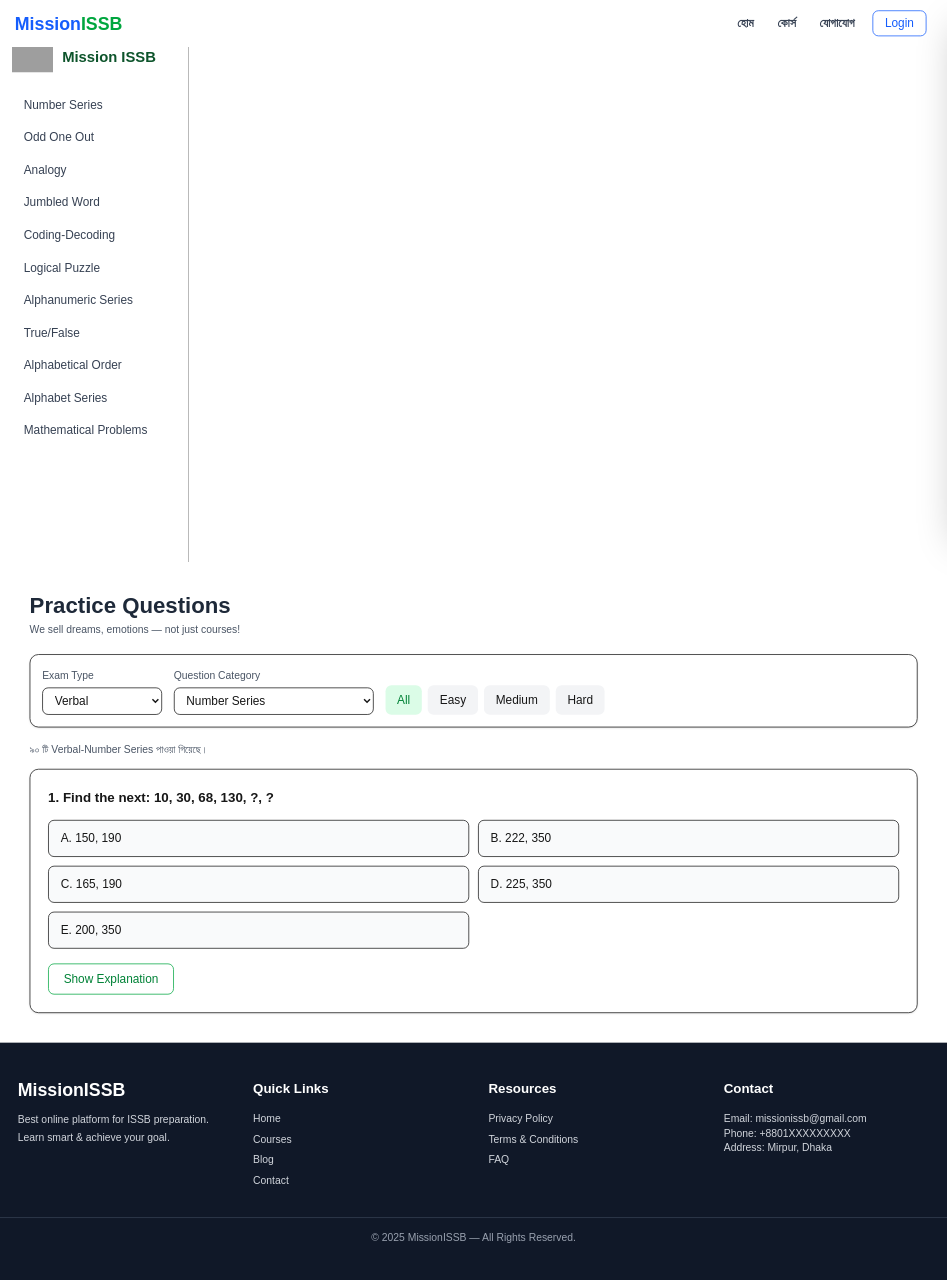
Repository: mdmuhibullahhabib/missionissb
Page: /issb/iq-practice
The author's editor kept a copy of each file at every save. The page is drawn from the files as they stood at one save, then again after the next save.
The browser window is 1280 px wide. The pictures show the whole page, at 74% of full size.
Pictures or frames that could not be fetched are drawn as grey boxes. The page's requests for data from a server got no answer. The project was rebuilt for these pictures with package versions that can differ from the ones it lists, and the page was loaded fresh each time. The framework's server and built-in components were replaced by stand-ins that run in the browser. No one was signed in, and anything a server would have sent is missing. Also part of the build but not shown: next.config.mjs.

Above is the page before, as saved 2025-12-11 23:41:12.

### app/layout.js
import { Geist, Geist_Mono } from 'next/font/google'
import './globals.css'
import Footer from '@/components/shared/Footer'
import Navbar from '@/components/shared/Navbar'
import NextAuthProvider from './providers/NextAuthProvider'
import LayoutWrapper from '@/components/LayoutWrapper'

const geistSans = Geist({
  variable: '--font-geist-sans',
  subsets: ['latin']
})

const geistMono = Geist_Mono({
  variable: '--font-geist-mono',
  subsets: ['latin']
})

export const metadata = {
  title: 'Mission ISSB',
  description: 'Generated by create next app'
}

export default function RootLayout({ children }) {
  return (
    <html lang='en' suppressHydrationWarning={true}>
      <body
        className={`${geistSans.variable} ${geistMono.variable} antialiased`}
      >
        <NextAuthProvider>

                    <LayoutWrapper>{children}</LayoutWrapper>


          {/* <Navbar />

          {children}

          <Footer /> */}
        </NextAuthProvider>
      </body>
    </html>
  )
}

### app/issb/iq-practice/page.jsx
"use client";

import React from 'react'
import AsideMenu from './components/AsideMenu';
import PracticeQuestions from './components/PracticeQuestions';

const IqPracticePage = () => {
  return (
    <div className='mt-10'>
        <AsideMenu/>
        <PracticeQuestions/>
        </div>
  )
}

export default IqPracticePage

### components/shared/Footer.jsx
"use client";
import Link from "next/link";

export default function Footer() {
  return (
    <footer className="bg-gray-900 text-gray-300 py-12">
      <div className="max-w-7xl mx-auto grid grid-cols-1 md:grid-cols-4 gap-10 px-6">

        {/* Column 1 */}
        <div>
          <h2 className="text-2xl font-bold text-white">MissionISSB</h2>
          <p className="mt-3 text-sm leading-6">
            Best online platform for ISSB preparation.
            Learn smart & achieve your goal.
          </p>
        </div>

        {/* Column 2 */}
        <div>
          <h3 className="text-lg font-semibold text-white mb-4">Quick Links</h3>
          <ul className="space-y-2 text-sm">
            <li><Link href="/" className="hover:text-white">Home</Link></li>
            <li><Link href="/courses" className="hover:text-white">Courses</Link></li>
            <li><Link href="/blog" className="hover:text-white">Blog</Link></li>
            <li><Link href="/contact" className="hover:text-white">Contact</Link></li>
          </ul>
        </div>

        {/* Column 3 */}
        <div>
          <h3 className="text-lg font-semibold text-white mb-4">Resources</h3>
          <ul className="space-y-2 text-sm">
            <li><Link href="/privacy" className="hover:text-white">Privacy Policy</Link></li>
            <li><Link href="/terms" className="hover:text-white">Terms & Conditions</Link></li>
            <li><Link href="/faq" className="hover:text-white">FAQ</Link></li>
          </ul>
        </div>

        {/* Column 4 */}
        <div>
          <h3 className="text-lg font-semibold text-white mb-4">Contact</h3>
          <p className="text-sm">Email: missionissb@gmail.com</p>
          <p className="text-sm">Phone: +8801XXXXXXXXX</p>
          <p className="text-sm">Address: Mirpur, Dhaka</p>
        </div>
      </div>

      <div className="mt-10 border-t border-gray-700 pt-4 text-center text-gray-400 text-sm">
        © {new Date().getFullYear()} MissionISSB — All Rights Reserved.
      </div>
    </footer>
  );
}

### components/shared/Navbar.jsx
"use client";
import { useState, useEffect } from "react";
import Link from "next/link";
import { FiMenu, FiX } from "react-icons/fi";
import { useSession } from "next-auth/react";
import { useRouter } from "next/navigation";
import DrawerMenu from "../user/UserDrawerMenu";


// Fake user data
const fakeUser = {
    name: "Muhibullah Habib",
    email: "muhib@example.com",
    avatar: "https://i.pravatar.cc/100?img=11",
    role: "admin",
};

export default function Navbar() {
    const [open, setOpen] = useState(false);
    const [scroll, setScroll] = useState(false);
    const router = useRouter();
        const [drawerOpen, setDrawerOpen] = useState(false);
    const [userDrawerOpen, setUserDrawerOpen] = useState(false);
    const { data: session, status } = useSession();
    console.log(session)
    console.log(status)

    // Scroll detection for shadow effect
    useEffect(() => {
        const handleScroll = () => {
            setScroll(window.scrollY > 10);
        };
        window.addEventListener("scroll", handleScroll);
        return () => window.removeEventListener("scroll", handleScroll);
    }, []);

    const navLinks = [
        { name: "হোম", href: "/" },
        { name: "কোর্স", href: "/courses" },
        { name: "যোগাযোগ", href: "/contact" },
    ];

    // User icon click
    const handleUserClick = () => {
        if (status == "authenticated") {
            setUserDrawerOpen(true);
        } else {
            router.push("/auth");
        }
    };

    return (
        <>
            <nav
                className={`w-full fixed top-0 z-50 transition-all ${scroll ? "bg-white shadow-md" : "bg-white"
                    }`}
            >
                <div className="max-w-7xl mx-auto px-5 py-3 flex justify-between items-center">

                    {/* Logo */}
                    <Link href="/" className="text-2xl font-bold text-blue-600">
                        Mission<span className="text-green-600">ISSB</span>
                    </Link>


                    {/* Auth Buttons */}
                    <div className="hidden items-center md:flex gap-4">
                        {/* Desktop Menu */}
                        <div className="hidden md:flex gap-8">
                            {navLinks.map((link) => (
                                <Link
                                    key={link.name}
                                    href={link.href}
                                    className="text-gray-700 font-semibold hover:text-blue-600 transition font-medium"
                                >
                                    {link.name}
                                </Link>
                            ))}
                        </div>

                        {/* User Icon */}
                        <button
                            onClick={handleUserClick}
                            className="p-2 rounded-full hover:bg-gray-100 transition duration-150"
                        >
                            {status == "authenticated" ? (
                                <img
                                    src={fakeUser?.avatar}
                                    alt="user"
                                    className="h-8 w-8 rounded-full border"
                                />
                            ) : (
                                <Link
                                    href="/auth"
                                    className="px-4 py-2 border border-blue-600 text-blue-600 rounded-lg hover:bg-blue-600 hover:text-white transition"
                                >
                                    Login
                                </Link>
                            )}
                        </button>
                    </div>

                    {/* Mobile Toggle */}
                    <button onClick={() => setOpen(!open)} className="md:hidden text-3xl">
                        {open ? <FiX /> : <FiMenu />}
                    </button>
                </div>

                {/* Mobile Menu */}
                <div
                    className={`md:hidden bg-white fixed top-[64px] left-0 w-full h-screen transition-all duration-300 ${open ? "translate-y-0 opacity-100" : "-translate-y-5 opacity-0 pointer-events-none"
                        }`}
                >
                    <div className="flex flex-col gap-6 px-6 py-6 text-lg">
                        {navLinks.map((link) => (
                            <Link
                                key={link.name}
                                href={link.href}
                                onClick={() => setOpen(false)}
                                className="text-gray-700 hover:text-blue-600"
                            >
                                {link.name}
                            </Link>
                        ))}

                        <hr />

                        <Link
                            href="/auth/login"
                            onClick={() => setOpen(false)}
                            className="text-blue-600 font-semibold"
                        >
                            Login
                        </Link>
                    </div>
                </div>
            </nav>

            <DrawerMenu
                isOpen={userDrawerOpen}
                onClose={() => setUserDrawerOpen(false)}
                // user={user}
            />
        </>
    );
}

### app/providers/NextAuthProvider.jsx
"use client"
import { SessionProvider } from 'next-auth/react'
import React from 'react'

const NextAuthProvider = ({ children }) => {
    return <SessionProvider>{children}</SessionProvider>
}

export default NextAuthProvider;

### components/LayoutWrapper.jsx
"use client";

import { usePathname } from "next/navigation";
import Navbar from "./shared/Navbar";
import Footer from "./shared/Footer";

export default function LayoutWrapper({ children }) {
  const pathname = usePathname();
  const isAdmin = pathname.startsWith("/admin");
  const isAuth = pathname.startsWith("/auth");

  return (
    <>
      {!isAdmin && !isAuth && <Navbar />}

      <main>{children}</main>

      {!isAdmin && !isAuth && <Footer />}
    </>
  );
}

### app/issb/iq-practice/components/AsideMenu.jsx
"use client";

import Link from "next/link";

export default function AsideMenu() {
  const menu = [
    "Number Series",
    "Odd One Out",
    "Analogy",
    "Jumbled Word",
    "Coding-Decoding",
    "Logical Puzzle",
    "Alphanumeric Series",
    "True/False",
    "Alphabetical Order",
    "Alphabet Series",
    "Mathematical Problems",
  ];

  return (
    <aside className="w-full md:w-64 bg-white border-r h-full md:h-screen p-4 overflow-y-auto sticky top-0">
      {/* Logo */}
      <div className="flex items-center gap-3 mb-6">
        <img src="/logo.png" alt="Mission ISSB" className="w-14" />
        <h2 className="text-xl font-bold text-green-900">Mission ISSB</h2>
      </div>

      {/* Menu */}
      <div className="space-y-1">
        {menu.map((item, idx) => (
          <Link
            key={idx}
            href={`/iq-practice/${item.toLowerCase().replace(/\s+/g, "-")}`}
            className="block px-4 py-2 rounded-lg text-gray-700 hover:bg-green-100 hover:text-green-700 transition"
          >
            {item}
          </Link>
        ))}
      </div>
    </aside>
  );
}

### app/issb/iq-practice/components/PracticeQuestions.jsx
"use client";

import { useState } from "react";

export default function PracticeQuestions() {
  const [showExplanation, setShowExplanation] = useState(false);

  return (
    <div className="flex-1 p-4 md:p-10">

      {/* Header */}
      <h1 className="text-3xl font-bold text-gray-800">Practice Questions</h1>
      <p className="text-gray-600 mt-1 text-sm">
        We sell dreams, emotions — not just courses!
      </p>

      {/* Filters */}
      <div className="mt-6 bg-white p-4 rounded-xl shadow-sm border flex flex-col md:flex-row gap-4">
        {/* Exam Type */}
        <div>
          <label className="text-gray-600 text-sm">Exam Type</label>
          <select className="mt-1 border px-3 py-2 rounded-lg w-full">
            <option>Verbal</option>
          </select>
        </div>

        {/* Category */}
        <div>
          <label className="text-gray-600 text-sm">Question Category</label>
          <select className="mt-1 border px-3 py-2 rounded-lg w-full">
            <option>Number Series</option>
          </select>
        </div>

        {/* Difficulty */}
        <div className="flex items-end gap-2">
          <button className="px-4 py-2 rounded-lg bg-green-100 text-green-700 font-medium">
            All
          </button>
          <button className="px-4 py-2 rounded-lg bg-gray-100">Easy</button>
          <button className="px-4 py-2 rounded-lg bg-gray-100">Medium</button>
          <button className="px-4 py-2 rounded-lg bg-gray-100">Hard</button>
        </div>
      </div>

      {/* Count */}
      <p className="mt-5 text-gray-600 text-sm">৯০ টি Verbal-Number Series পাওয়া গিয়েছে।</p>

      {/* Question Card */}
      <div className="mt-4 bg-white border p-6 rounded-xl shadow-sm">
        <h3 className="font-semibold text-lg">
          1. Find the next: 10, 30, 68, 130, ?, ?
        </h3>

        {/* Options */}
        <div className="mt-4 grid grid-cols-1 md:grid-cols-2 gap-3">
          {["150, 190", "222, 350", "165, 190", "225, 350", "200, 350"].map(
            (opt, i) => (
              <div
                key={i}
                className={`px-4 py-3 rounded-lg border bg-gray-50 hover:bg-gray-100 cursor-pointer`}
              >
                {String.fromCharCode(65 + i)}. {opt}
              </div>
            )
          )}
        </div>

        {/* Explanation */}
        <button
          onClick={() => setShowExplanation(!showExplanation)}
          className="mt-5 px-5 py-2 border border-green-600 text-green-700 rounded-lg hover:bg-green-50"
        >
          Show Explanation
        </button>

        {showExplanation && (
          <p className="mt-3 text-gray-700">
            Explanation will go here...
          </p>
        )}
      </div>
    </div>
  );
}

### components/user/UserDrawerMenu.jsx
"use client";

import { FiX, FiUser, FiShoppingBag, FiSettings, FiGrid, FiLogOut } from "react-icons/fi";
import { motion, AnimatePresence } from "framer-motion";
import Image from "next/image";
import { useRouter } from "next/navigation";
import { signOut, useSession } from "next-auth/react";
import Link from "next/link";

export default function DrawerMenu({ isOpen, onClose, user = {} }) {
  const router = useRouter();
  const { data: session, status } = useSession();
  console.log(session)

  const handleNavigate = (path) => {
    onClose();
    router.push(path);
  };

  const handleLogout = async () => {
    // You can replace with your logout logic
    console.log("User logged out");
    onClose();
    await signOut();
  };

  const isAdmin = user?.role === "admin";

  return (
    <>
      {/* Overlay */}
      <AnimatePresence>
        {isOpen && (
          <motion.div
            initial={{ opacity: 0 }}
            animate={{ opacity: 1 }}
            exit={{ opacity: 0 }}
            onClick={onClose}
            className="fixed inset-0 bg-black/30 backdrop-blur-sm z-40 cursor-pointer"
          />
        )}
      </AnimatePresence>

      {/* Drawer */}
      <motion.div
        initial={{ x: "100%" }}
        animate={{ x: isOpen ? 0 : "100%" }}
        exit={{ x: "100%" }}
        transition={{ type: "spring", stiffness: 100, damping: 20 }}
        className="fixed top-0 right-0 h-full w-80 sm:w-96 bg-white shadow-2xl z-50 flex flex-col"
      >
        {/* Header */}
        <div className="flex justify-between items-center p-4 border-b">
          <div className="flex items-center gap-3">
            <Image
              src={user?.photo || "https://i.ibb.co/5j9n3yH/default-avatar.png"}
              width={40}
              height={40}
              alt="User avatar"
              className="rounded-full object-cover"
            />
            <div>
              <p className="font-semibold text-gray-800">
                {user?.name || "Guest User"}
              </p>
              <p className="text-xs text-gray-500">
                {isAdmin ? "Administrator" : "Regular User"}
              </p>
            </div>
          </div>
          <button onClick={onClose} className="text-gray-600 hover:text-red-500">
            <FiX className="h-6 w-6" />
          </button>
        </div>

        {/* Menu Items */}
        <div className="flex-1 overflow-y-auto p-5 space-y-4 text-gray-700">
          <button
            onClick={() => handleNavigate("/profile")}
            className="flex items-center gap-3 w-full p-3 rounded-xl hover:bg-gray-100 transition"
          >
            <FiUser className="text-red-500" />
            <span>My Profile</span>
          </button>

          <Link
            href={"/mycourse"}
            // onClick={() => handleNavigate("/mycourse")}
            className="flex items-center gap-3 w-full p-3 rounded-xl hover:bg-gray-100 transition"
          >
            <FiShoppingBag className="text-red-500" />
            <span>My Courses</span>
          </Link>

          <Link
            href={"/admin/dashboard"}
            // onClick={() => handleNavigate("/mycourse")}
            className="flex items-center gap-3 w-full p-3 rounded-xl hover:bg-gray-100 transition"
          >
            <FiShoppingBag className="text-red-500" />
            <span>Admin Dashboard</span>
          </Link>

          {isAdmin && (
            <button
              onClick={() => handleNavigate("/admin/dashboard")}
              className="flex items-center gap-3 w-full p-3 rounded-xl hover:bg-gray-100 transition"
            >
              <FiGrid className="text-red-500" />
              <span>Admin Dashboard</span>
            </button>
          )}
        </div>

        {/* Footer */}
        <div className="border-t p-4">
          <button
            onClick={handleLogout}
            className="flex items-center justify-center gap-2 w-full py-2 bg-red-600 text-white font-medium rounded-xl hover:bg-red-700 transition"
          >
            <FiLogOut />
            Logout
          </button>
        </div>
      </motion.div>
    </>
  );
}

Loaded but not shown: app/globals.css (common file)

After the next save:
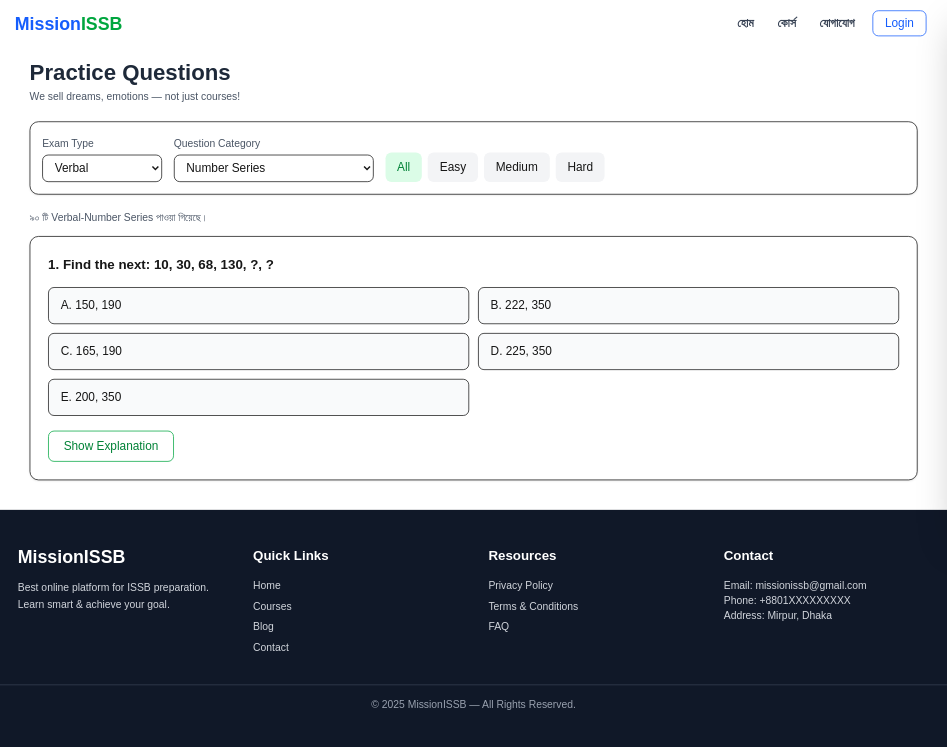
Saved 33 s later.
--- a/app/issb/iq-practice/page.jsx
+++ b/app/issb/iq-practice/page.jsx
@@ -7,7 +7,7 @@
 const IqPracticePage = () => {
   return (
     <div className='mt-10'>
-        <AsideMenu/>
+        {/* <AsideMenu/> */}
         <PracticeQuestions/>
         </div>
   )

After the save that followed:
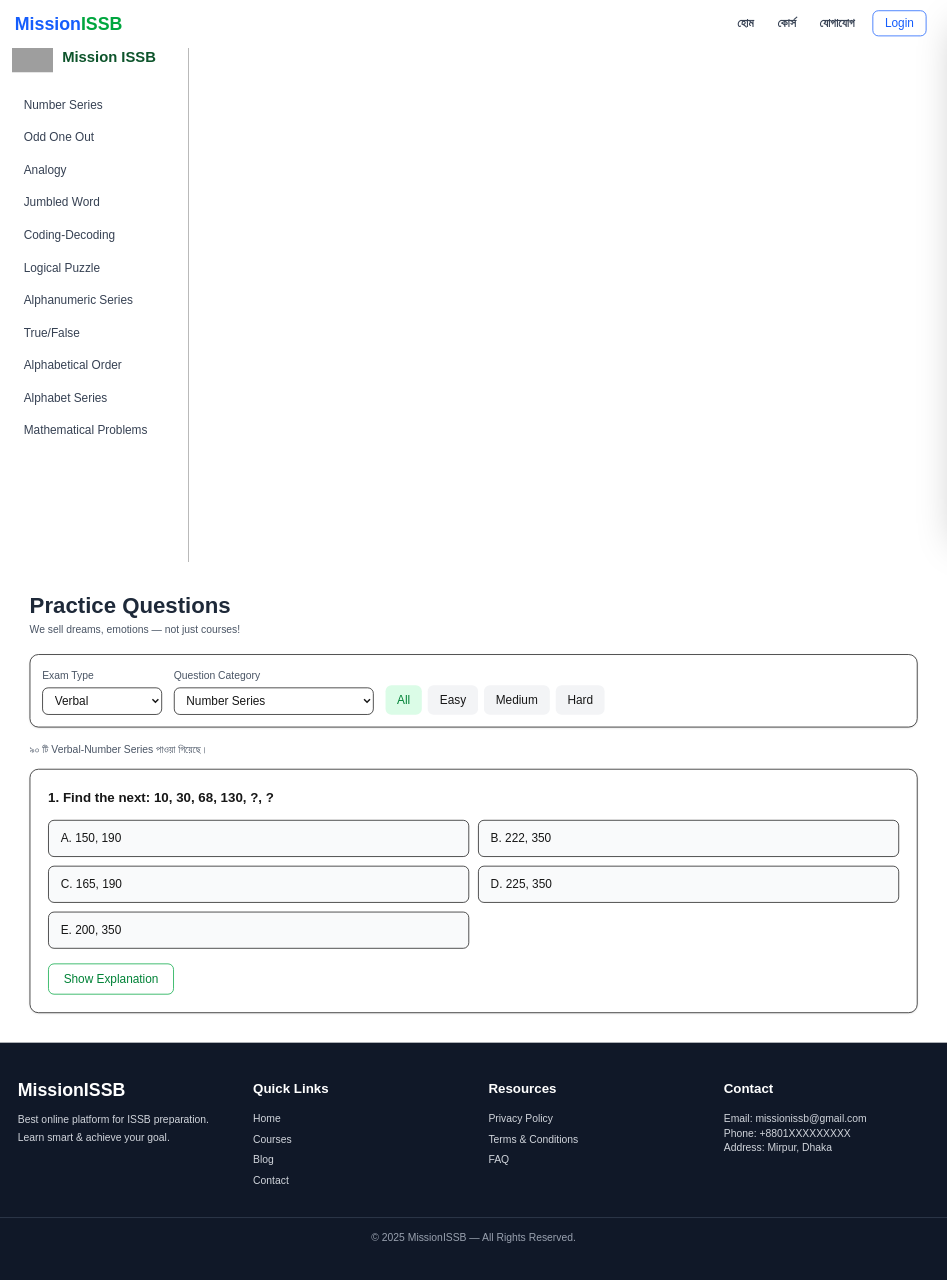
Saved 26 s later.
--- a/app/issb/iq-practice/page.jsx
+++ b/app/issb/iq-practice/page.jsx
@@ -7,7 +7,7 @@
 const IqPracticePage = () => {
   return (
     <div className='mt-10'>
-        {/* <AsideMenu/> */}
+        <AsideMenu/>
         <PracticeQuestions/>
         </div>
   )
